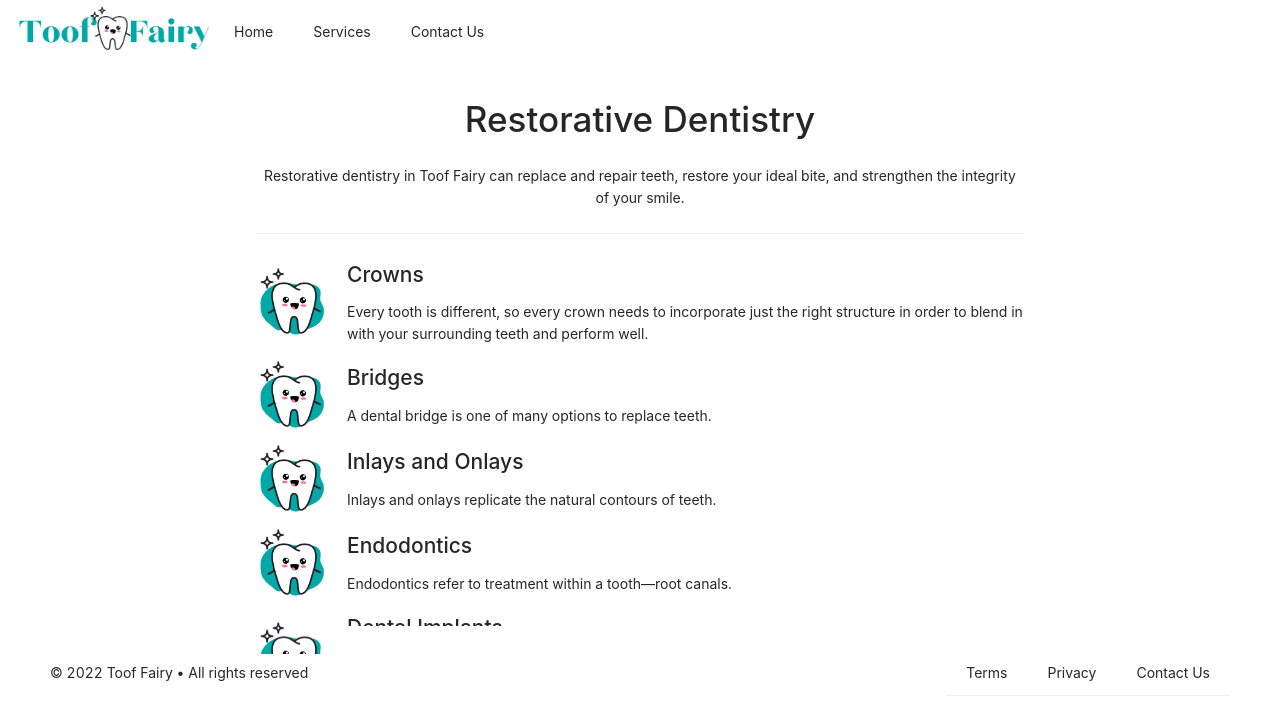
Repository: neldad1/dentist-app
Page: /restorative
These files come from the project's save history. The page is drawn as it stood at one moment and after the next save; the edit follows.
The browser window is 1280 px wide. The pictures show the whole page.
An inner scrolling area shows only its first screen. The project was rebuilt for these pictures with package versions that can differ from the ones it lists, and the page was loaded fresh each time. Also part of the build but not shown: src/components/Home.jsx, src/components/Contact.jsx, src/components/Services/Cosmetic.jsx, src/components/Services/Preventative.jsx, src/components/Footer/Terms.jsx, src/components/Footer/Privacy.jsx.

Above is the page before, as saved 2022-03-10 14:27:54.

After the next save:
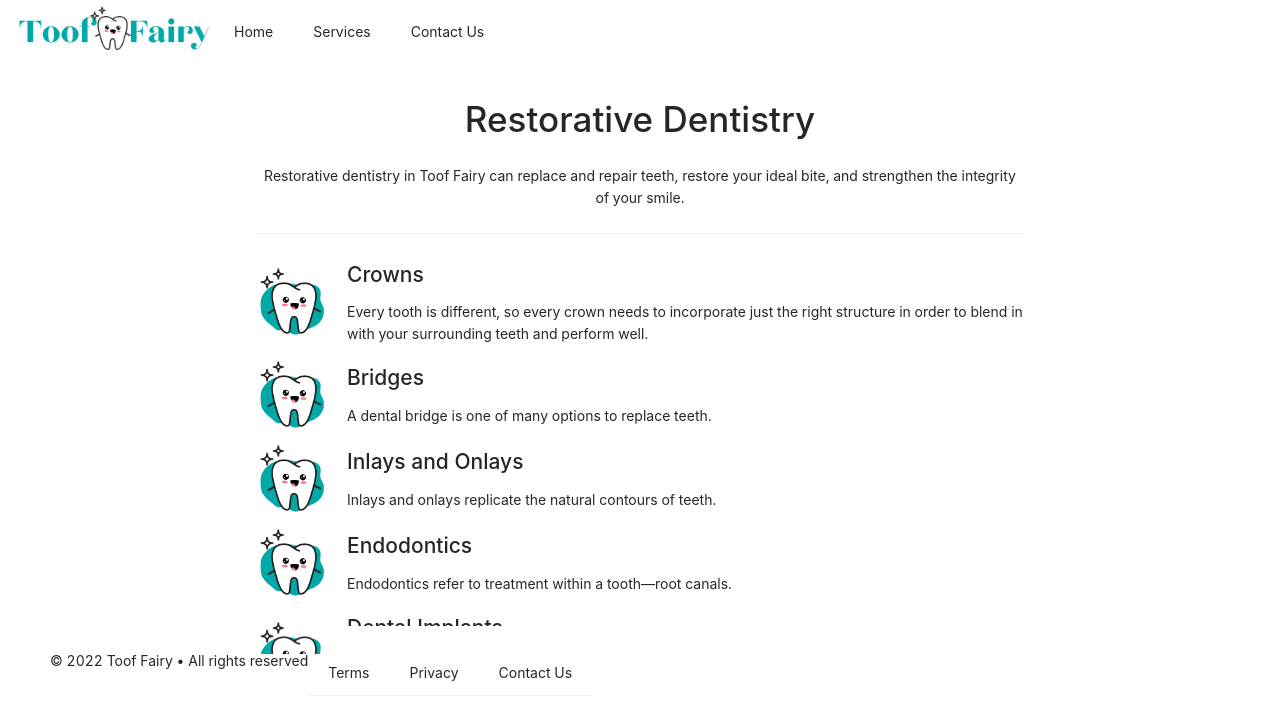
Saved 107 s later.
--- a/src/App.css
+++ b/src/App.css
@@ -31,13 +31,10 @@ h1 {
 .footer {
   background: #fff;
   display: flex;
-  justify-content: space-between;
-  align-items: center;
 }
 
 .footer-menu {
-  display: flex;
-  justify-content: space-evenly;
+  border: none;
 }
 
 .intro-wrapper {
